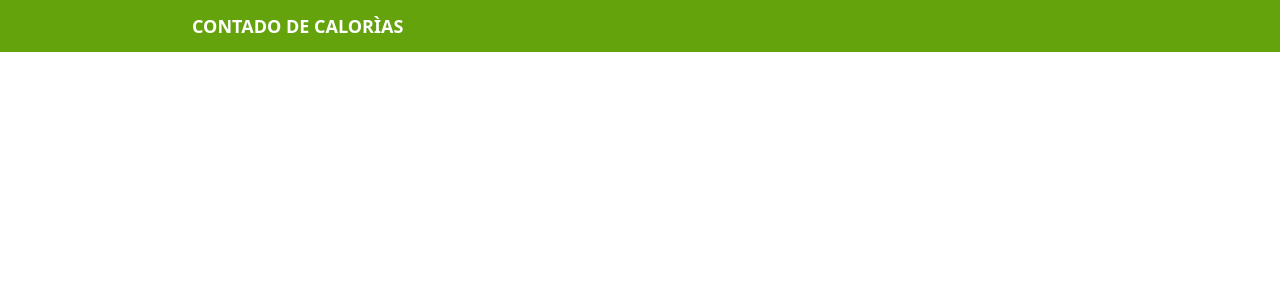
Repository: Matiiu/calorie-tracker
Page: /
An editor plug-in stored every save of this project. The page is shown before and after the next save, followed by the edit.
The browser window is 1280 px wide. The pictures show the whole page.
The project was rebuilt for these pictures with package versions that can differ from the ones it lists, and the page was loaded fresh each time. Also part of the build but not shown: vite.config.ts.

Above is the page before, as saved 2024-03-30 22:28:18.

### index.html
<!doctype html>
<html lang="en">
  <head>
    <meta charset="UTF-8" />
    <link rel="icon" type="image/svg+xml" href="/vite.svg" />
    <meta name="viewport" content="width=device-width, initial-scale=1.0" />
    <title>Contador de Calorías - React</title>
  </head>
  <body>
    <div id="root"></div>
    <script type="module" src="/src/main.tsx"></script>
  </body>
</html>

### src/App.tsx

export default function App() {
  return (
    <>
      <header className="bg-lime-600 py-3">
        <div className="max-w-4xl mx-auto flex justify-between">
          <h1 className="text-center text-lg font-bold text-white uppercase">
            Contado de Calorìas
          </h1>
        </div>
      </header>
    </>
  )
}

Loaded but not shown: src/main.tsx (common file); src/index.css (common file); tailwind.config.js (common file)

After the next save:
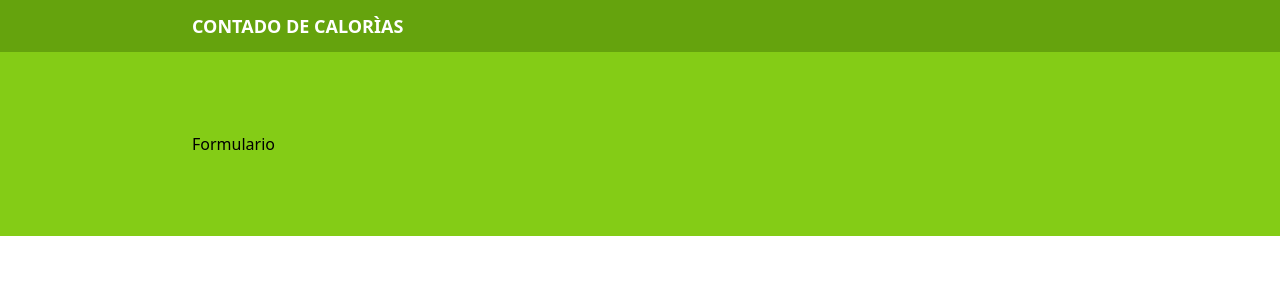
Saved 97 s later.
--- a/src/App.tsx
+++ b/src/App.tsx
@@ -9,6 +9,12 @@ export default function App() {
           </h1>
         </div>
       </header>
+
+      <section className="bg-lime-500 py-20 px-5">
+        <div className="max-w-4xl mx-auto">
+          <p>Formulario</p>
+        </div>
+      </section>
     </>
   )
 }
